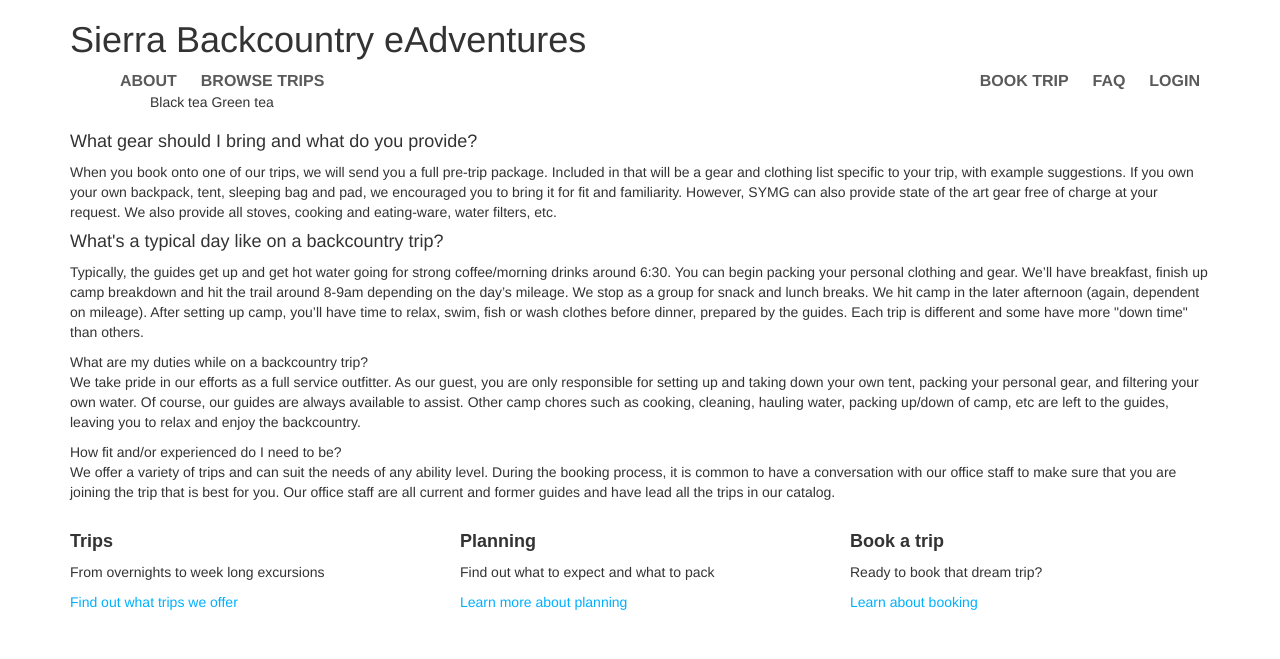
Repository: nageek17/eadventures
Page: http://localhost/faq.php
The author's editor kept a record of every edit. The page is drawn from the files as they stood at one moment, then again after the next edit.
The browser window is 1280 px wide. The pictures show the whole page.
Some web libraries are served in a nearby version. The page is run by PHP 8.4 with error messages shown; the project is at /var/www/html/.

Above is the page before.
Console error (its wording comes from the project's code and is left out).

### faq.php
<?php
    include ('header.php');
?>
<div class='container'>
    <div class='faq'>

<h4>What gear should I bring and what do you provide?</h4>
<p>
When you book onto one of our trips, we will send you a full pre-trip package. Included in that will be a gear and clothing list specific to your trip, with example suggestions. If you own your own backpack, tent, sleeping bag and pad, we encouraged you to bring it for fit and familiarity. However, SYMG can also provide state of the art gear free of charge at your request. We also provide all stoves, cooking and eating-ware, water filters, etc.
</p>
<h4>What's a typical day like on a backcountry trip?</h4>
<p>
Typically, the guides get up and get hot water going for strong coffee/morning drinks around 6:30. You can begin packing your personal clothing and gear. We’ll have breakfast, finish up camp breakdown and hit the trail around 8-9am depending on the day’s mileage. We stop as a group for snack and lunch breaks. We hit camp in the later afternoon (again, dependent on mileage). After setting up camp, you’ll have time to relax, swim, fish or wash clothes before dinner, prepared by the guides. Each trip is different and some have more "down time" than others.
</p>
<p>What are my duties while on a backcountry trip?</br>
We take pride in our efforts as a full service outfitter. As our guest, you are only responsible for setting up and taking down your own tent, packing your personal gear, and filtering your own water. Of course, our guides are always available to assist. Other camp chores such as cooking, cleaning, hauling water, packing up/down of camp, etc are left to the guides, leaving you to relax and enjoy the backcountry.
</p>
<p>How fit and/or experienced do I need to be?</br>
We offer a variety of trips and can suit the needs of any ability level. During the booking process, it is common to have a conversation with our office staff to make sure that you are joining the trip that is best for you. Our office staff are all current and former guides and have lead all the trips in our catalog.
</p>

    </div>
</div>

<?php
    include ('footer.php');
?>

### header.php
<?php
  session_start();
  include ('dbconfig.php');

  //$con=mysqli_connect("kdoung17-eadventures-885147","kdoung17","","eadventures");
  if (mysqli_connect_errno()) {
  echo "Failed to connect to MySQL: " . mysqli_connect_error();
  }
?>

<!DOCTYPE html>
<html>
  <head>

    <link rel="stylesheet" href="//netdna.bootstrapcdn.com/bootstrap/3.1.1/css/bootstrap.min.css">
    <link rel="stylesheet" href="//netdna.bootstrapcdn.com/bootstrap/3.1.1/css/bootstrap-theme.min.css">

    <link rel="stylesheet" href="css/main.css">

    <title>eAdventures</title>

  </head>

<body>
    <div class="nav">
      <div class="container">
        <h1 class='heading'>Sierra Backcountry eAdventures</h1>
        <ul class="pull-left" class="active">
          <li><a href="index.php">about</a></li>
          <li><a href="products.php">Browse Trips</a>
          <ul>
            <li>Black tea</li>
            <li>Green tea</li>
          </ul>

          </li>
        </ul>
        <ul class="pull-right">
          <li><a href="booking.php">Book trip</a></li>
          <li><a href="faq.php">FAQ</a></li>

          <?php
          if(isset($_SESSION['email']))
          {
                echo '<li><a href="account.php">Account</a></li>';
                echo '<li><a href="logout.php">Logout</a></li>';
          }
          else
          {
            echo '<li><a href="login.php">Login</a></li>';
          }
          ?>
        </ul>
      </div>
    </div>

### dbconfig.php
<?php

$con=mysqli_connect("kdoung17-eadventures-885147","kdoung17","","eadventures");

?>

### footer.php


<div class="learn-more">
	  <div class="container">
		<div class='row'>
	      <div class='col-md-4'>
			<h3>Trips</h3>
			<p>From overnights to week long excursions</p>
			<p><a href="products.php">Find out what trips we offer</a></p>
	      </div>
		  <div class='col-md-4'>
			<h3>Planning</h3>
			<p>Find out what to expect and what to pack</p>
			<p><a href="faq.php">Learn more about planning</a></p>
		  </div>
		  <div class='col-md-4'>
			<h3>Book a trip</h3>
			<p>Ready to book that dream trip?</p>
			<p><a href="booking.php">Learn about booking</a></p>
		  </div>
	    </div>
	  </div>
	</div>
</div>


<script type="text/javascript" src="jcart/js/jquery-1.4.4.min.js"></script>
<script type="text/javascript" src="jcart/js/jcart.min.js"></script>
<script src="https://maxcdn.bootstrapcdn.com/bootstrap/3.2.0/js/bootstrap.min.js"></script>

</body>
</html>

### jcart/config-loader.php
<?php

// jCart v1.3
// http://conceptlogic.com/jcart/

// By default, this file returns the $config array for use with PHP scripts
// If requested via Ajax, the array is encoded as JSON and echoed out to the browser

// Don't edit here, edit config.php
include_once('config.php');

// Use default values for any settings that have been left empty
if (!$config['currencyCode']) $config['currencyCode']                     = 'USD';
if (!$config['text']['cartTitle']) $config['text']['cartTitle']           = 'Shopping Cart';
if (!$config['text']['singleItem']) $config['text']['singleItem']         = 'Item';
if (!$config['text']['multipleItems']) $config['text']['multipleItems']   = 'Items';
if (!$config['text']['subtotal']) $config['text']['subtotal']             = 'Subtotal';
if (!$config['text']['update']) $config['text']['update']                 = 'update';
if (!$config['text']['checkout']) $config['text']['checkout']             = 'checkout';
if (!$config['text']['checkoutPaypal']) $config['text']['checkoutPaypal'] = 'Checkout with PayPal';
if (!$config['text']['removeLink']) $config['text']['removeLink']         = 'remove';
if (!$config['text']['emptyButton']) $config['text']['emptyButton']       = 'empty';
if (!$config['text']['emptyMessage']) $config['text']['emptyMessage']     = 'Your cart is empty!';
if (!$config['text']['itemAdded']) $config['text']['itemAdded']           = 'Item added!';
if (!$config['text']['priceError']) $config['text']['priceError']         = 'Invalid price format!';
if (!$config['text']['quantityError']) $config['text']['quantityError']   = 'Item quantities must be whole numbers!';
if (!$config['text']['checkoutError']) $config['text']['checkoutError']   = 'Your order could not be processed!';

if ($_GET['ajax'] == 'true') {
	header('Content-type: application/json; charset=utf-8');
	echo json_encode($config);
}
?>

### jcart/config.php
<?php

// jCart v1.3
// http://conceptlogic.com/jcart/

// Do NOT store any sensitive info in this file!!!
// It's loaded into the browser as plain text via Ajax


////////////////////////////////////////////////////////////////////////////////
// REQUIRED SETTINGS

// Path to your jcart files
$config['jcartPath']              = 'jcart/';

// Path to your checkout page
$config['checkoutPath']           = 'checkout.php';

// The HTML name attributes used in your item forms
$config['item']['id']             = 'my-item-id';    // Item id
$config['item']['name']           = 'my-item-name';    // Item name
$config['item']['price']          = 'my-item-price';    // Item price
$config['item']['qty']            = 'my-item-qty';    // Item quantity
$config['item']['url']            = 'my-item-url';    // Item URL (optional)
$config['item']['add']            = 'my-add-button';    // Add to cart button

// Your PayPal secure merchant ID
// Found here: https://www.paypal.com/webapps/customerprofile/summary.view
$config['paypal']['id']           = 'seller_1282188508_biz@conceptlogic.com';

////////////////////////////////////////////////////////////////////////////////
// OPTIONAL SETTINGS

// Three-letter currency code, defaults to USD if empty
// See available options here: http://j.mp/agNsTx
$config['currencyCode']           = '';

// Add a unique token to form posts to prevent CSRF exploits
// Learn more: http://conceptlogic.com/jcart/security.php
$config['csrfToken']              = false;

// Override default cart text
$config['text']['cartTitle']      = '';    // Shopping Cart
$config['text']['singleItem']     = '';    // Item
$config['text']['multipleItems']  = '';    // Items
$config['text']['subtotal']       = '';    // Subtotal
$config['text']['update']         = '';    // update
$config['text']['checkout']       = '';    // checkout
$config['text']['checkoutPaypal'] = '';    // Checkout with PayPal
$config['text']['removeLink']     = '';    // remove
$config['text']['emptyButton']    = '';    // empty
$config['text']['emptyMessage']   = '';    // Your cart is empty!
$config['text']['itemAdded']      = '';    // Item added!
$config['text']['priceError']     = '';    // Invalid price format!
$config['text']['quantityError']  = '';    // Item quantities must be whole numbers!
$config['text']['checkoutError']  = '';    // Your order could not be processed!

// Override the default buttons by entering paths to your button images
$config['button']['checkout']     = '';
$config['button']['paypal']       = '';
$config['button']['update']       = '';
$config['button']['empty']        = '';


////////////////////////////////////////////////////////////////////////////////
// ADVANCED SETTINGS

// Display tooltip after the visitor adds an item to their cart?
$config['tooltip']                = true;

// Allow decimals in item quantities?
$config['decimalQtys']            = false;

// How many decimal places are allowed?
$config['decimalPlaces']          = 1;

// Number format for prices, see: http://php.net/manual/en/function.number-format.php
$config['priceFormat']            = array('decimals' => 2, 'dec_point' => '.', 'thousands_sep' => ',');

// Send visitor to PayPal via HTTPS?
$config['paypal']['https']        = true;

// Use PayPal sandbox?
$config['paypal']['sandbox']      = false;

// The URL a visitor is returned to after completing their PayPal transaction
$config['paypal']['returnUrl']    = '';

// The URL of your PayPal IPN script
$config['paypal']['notifyUrl']    = '';

?>

### css/main.css
.home .heading {
  font-family: 'Shift', sans-serif;
  font-weight: bold;
}

.featured-trips {
    background-color: #efefef;
    border-top: 1px solid #dbdbdb;
    border-bottom: 1px solid #dbdbdb;

}

.featured-trips h2{
    color: #393c3d;
    font-size: 24px;
}

.featured-trips p {
    font-size: 15px;
    margin-bottom: 13px;
}

.featured-trips .thumbnail{
  height: 500px;
}

.nav a {
  color: #5a5a5a;
  font-size: 16px;
  font-weight: bold;
  padding: 14px 10px;
  text-transform: uppercase;
}

.nav li {
  display: inline;
}

.home .jumbotron {
  background-image:url(../img/yosemitecover.jpg);
  height: 600px;
  margin-bottom:0px;
}

.home .jumbotron .container {
  position: relative;
  top:100px;
}

.home .jumbotron h1 {
  color: #fff;
  font-size: 48px;
  font-family: 'Shift', sans-serif;
  font-weight: bold;
}

.home .jumbotron p {
  font-size: 26px;
  color: #fff;
}

.home .learn-more {
  background-color: #f7f7f7;
}

.learn-more h3 {
  font-family: 'Shift', sans-serif;
  font-size: 18px;
  font-weight: bold;
}

.learn-more a {
  color: #00b0ff;
}

.trips .jumbotron {
  background-color: #f7f7f7;

}

/*  products css page */
.trips .jumbotron p{
  font-size: 15px;

}

.trips .container{
        border-top-style: solid;
        border-top-color: #778899;

}

.trips .thumbnail {
  margin-top: 20px;
}

### jcart/js/jcart.min.js
// jCart v1.3
// http://conceptlogic.com/jcart/
$(function(){var a=(function(){var k="jcart",b=$("#jcart"),e=$("[name=jcartToken]").val(),i=$("#jcart-tooltip");var d=(function(){var l=null;$.ajax({url:k+"/config-loader.php",data:{ajax:"true"},dataType:"json",async:false,success:function(m){l=m},error:function(){alert("Ajax error: Edit the path in jcart.js to fix.")}});return l}());var f=(function(){if(d.tooltip===true){i.text(d.text.itemAdded);$(".jcart [type=submit]").mouseenter(function(m){var l=m.pageY+25,n=m.pageX+-10;$("body").append(i);i.css({top:n+"px",left:l+"px"})}).mousemove(function(m){var n=m.pageY+25,l=m.pageX+-10;i.css({top:n+"px",left:l+"px"})}).mouseleave(function(){i.hide()})}$("#jcart-buttons").remove();$.ajaxSetup({type:"POST",url:k+"/relay.php",success:function(l){b.html(l);$("#jcart-buttons").remove()},error:function(n,p){var o=n.status,l="Ajax error: ";if(o===0){l+="Check your network connection."}if(o===404||o===500){l+=o}if(p==="parsererror"||p==="timeout"){l+=p}alert(l)}})}());var c=$("#jcart-is-checkout").val();function j(n){var m=n.find("[name="+d.item.qty+"]"),l=n.find("[name="+d.item.add+"]");$.ajax({data:n.serialize()+"&"+d.item.add+"="+l.val(),success:function(o){if(m.val()>0&&i.css("display")==="none"){i.fadeIn("100").delay("400").fadeOut("100")}b.html(o);$("#jcart-buttons").remove()}})}function g(l){var o=l.parent().find('[name="jcartItemId[]"]').val();var n=l.val();if(n){var m=window.setTimeout(function(){$.ajax({data:{jcartUpdate:1,itemId:o,itemQty:n,jcartIsCheckout:c,jcartToken:e}})},1000)}l.keydown(function(p){if(p.which!==9){window.clearTimeout(m)}})}function h(m){var n=m.attr("href");n=n.split("=");var l=n[1];$.ajax({type:"GET",data:{jcartRemove:l,jcartIsCheckout:c}})}$(".jcart").submit(function(l){j($(this));l.preventDefault()});b.keydown(function(l){if(l.which===13){l.preventDefault()}});b.delegate('[name="jcartItemQty[]"]',"keyup",function(){g($(this))});b.delegate(".jcart-remove","click",function(l){h($(this));l.preventDefault()})}())});

Loaded but not shown: jcart/js/jquery-1.4.4.min.js (library)

After the next edit:
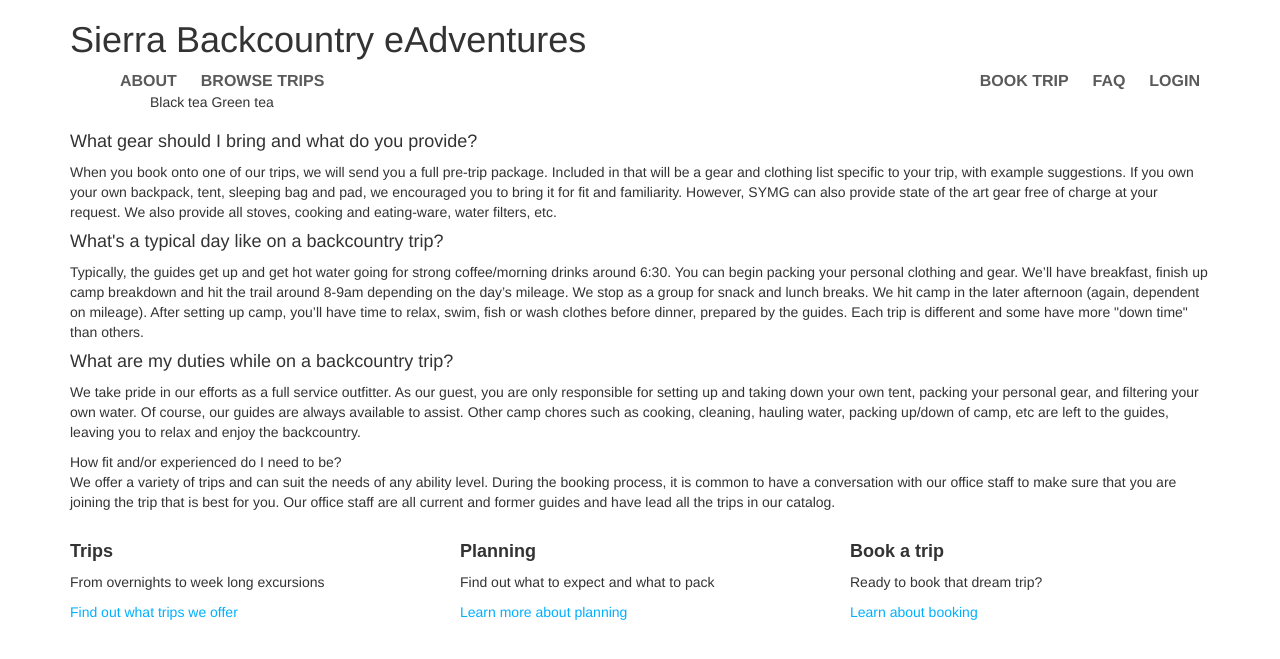
The edit:
--- a/faq.php
+++ b/faq.php
@@ -12,7 +12,8 @@
 <p>
 Typically, the guides get up and get hot water going for strong coffee/morning drinks around 6:30. You can begin packing your personal clothing and gear. We’ll have breakfast, finish up camp breakdown and hit the trail around 8-9am depending on the day’s mileage. We stop as a group for snack and lunch breaks. We hit camp in the later afternoon (again, dependent on mileage). After setting up camp, you’ll have time to relax, swim, fish or wash clothes before dinner, prepared by the guides. Each trip is different and some have more "down time" than others.
 </p>
-<p>What are my duties while on a backcountry trip?</br>
+<h4>What are my duties while on a backcountry trip?</h4>
+<p>
 We take pride in our efforts as a full service outfitter. As our guest, you are only responsible for setting up and taking down your own tent, packing your personal gear, and filtering your own water. Of course, our guides are always available to assist. Other camp chores such as cooking, cleaning, hauling water, packing up/down of camp, etc are left to the guides, leaving you to relax and enjoy the backcountry.
 </p>
 <p>How fit and/or experienced do I need to be?</br>
